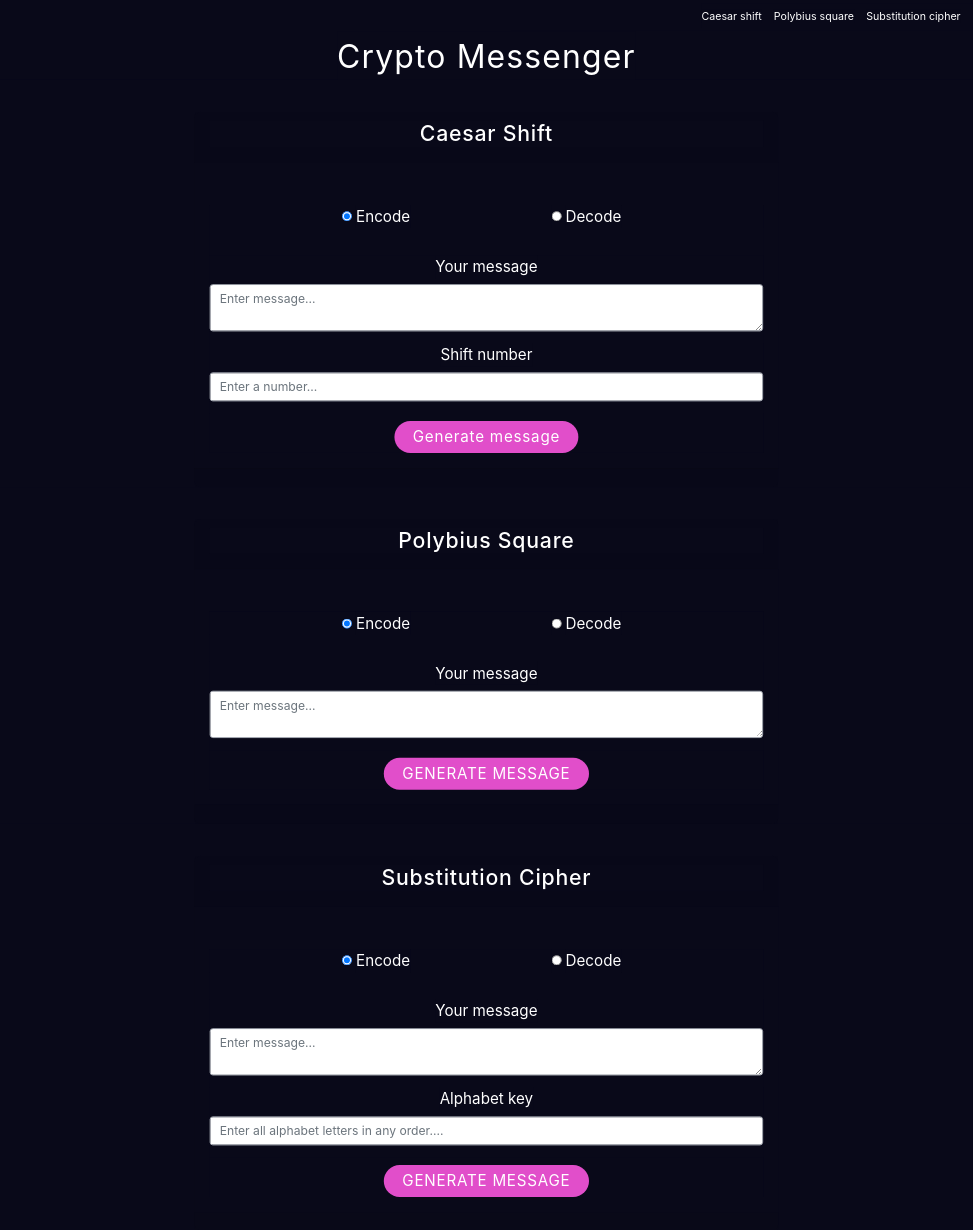
Repository: Rthompson2548/Project-Decoder-Ring
Page: index.html
An editor plug-in stored every save of this project. The page is shown before and after the next save, followed by the edit.
The browser window is 1280 px wide. The pictures show the whole page, at 76% of full size.

Above is the page before, as saved 2022-04-09 20:25:39.

After the next save:
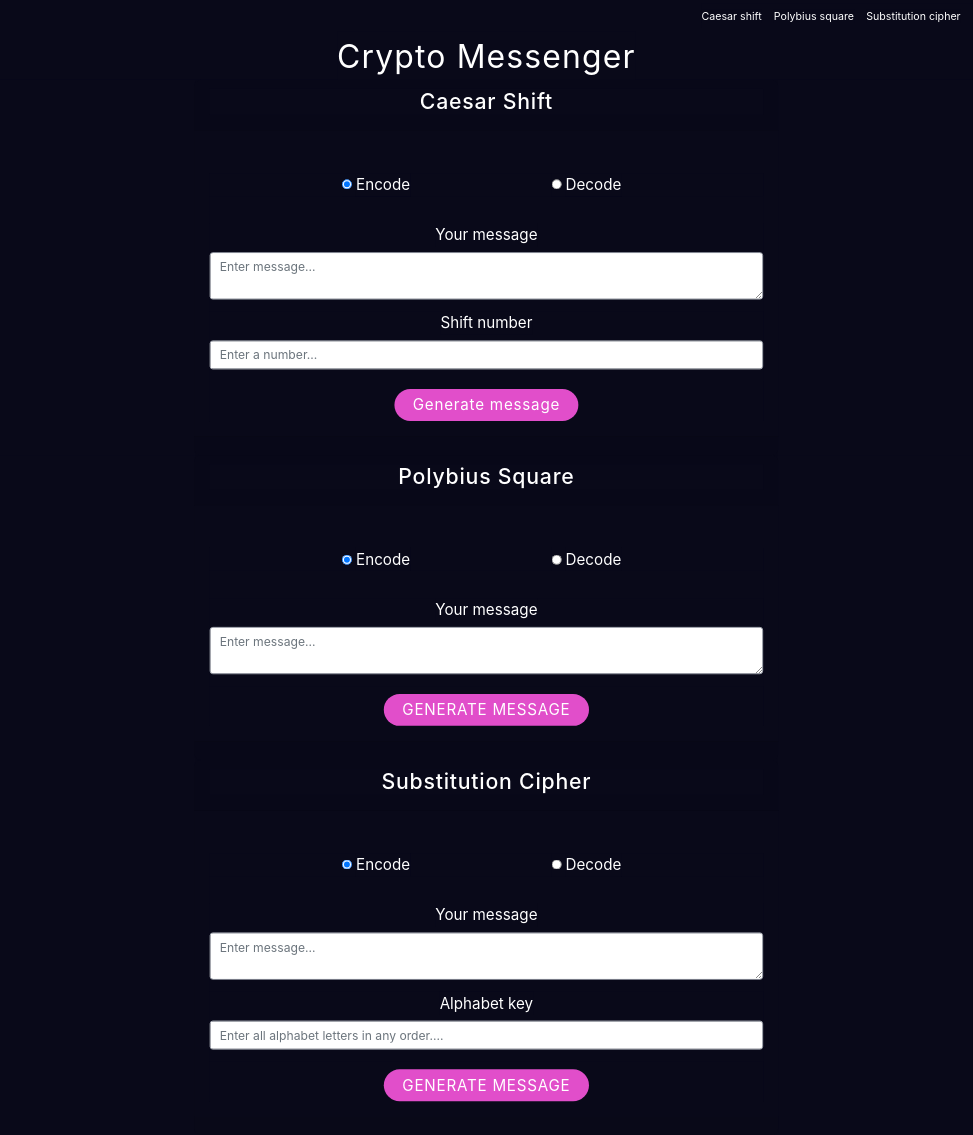
Saved 6 s later.
--- a/index.css
+++ b/index.css
@@ -66,7 +66,7 @@ label {
   color: #000;
   border: none;
   border-radius: 8px;
-  margin-top: 42px;
+  /* margin-top: 42px; */
 }
 
 .language-card-title {
